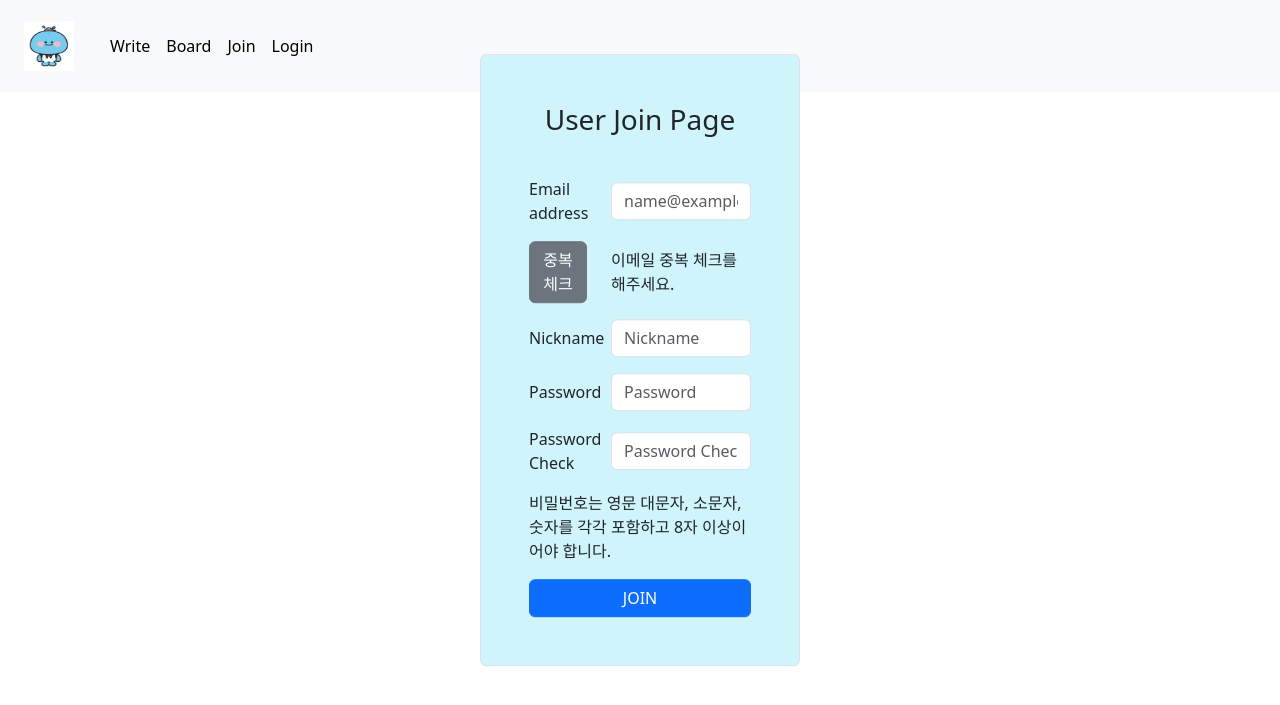
Repository: LeeYouHyeon/6.Spring
Page: http://localhost/spring_project/WEB-INF/views/user/register.jsp
The author's editor kept a copy of each file at every save. The page is drawn from the files as they stood at one save, then again after the next save.
The browser window is 1280 px wide. The pictures show the whole page.
The page is served by Tomcat 9. Nobody is signed in. Other server files are loaded and not shown. The template is opened directly, without the code that normally fills it, so the values that code supplies are empty.

Above is the page before, as saved 2025-06-11 02:35:32.
Console error: TypeError: Cannot read properties of null (reading 'addEventListener')

### spring_project/src/main/webapp/WEB-INF/views/user/register.jsp
<%@ page language="java" contentType="text/html; charset=UTF-8" pageEncoding="UTF-8"%>
<%@ include file="../layout/header.jsp"%>
<%@ taglib uri="http://java.sun.com/jsp/jstl/core" prefix="c"%>

<div class="w-25 position-absolute top-50 start-50 translate-middle p-5 border rounded bg-info-subtle">
	<form action="/user/register" method="post">
		<h3 class="text-center">User Join Page</h3>
		<div class="mt-4 mb-3 row align-items-center">
			<div class="col-12 text-center" id="feedback">

			</div>
		</div>
		<div class="mb-3 row align-items-center">
			<div class="col-4">Email address</div>
			<div class="col-8">
				<input type="text"
					class="form-control"
					id="email"
					name="email"
					placeholder="name@example.com"
					required>
			</div>
		</div>
		<div class="mb-3 row align-items-center">
			<div class="col-4">
				<button type="button" id="emailCheckBtn" class="btn btn-secondary">중복 체크</button>
			</div>
			<div class="col-8" id="emailCheckStmt">이메일 중복 체크를 해주세요.</div>
		</div>

		<div class="mb-3 row align-items-center">
			<div class="col-4">Nickname</div>
			<div class="col-8">
				<input type="text"
					class="form-control"
					id="nickName"
					name="nickName"
					placeholder="Nickname"
					required>
			</div>
		</div>

		<div class="mb-3 row align-items-center">
			<div class="col-4">Password</div>
			<div class="col-8">
				<input type="password"
					class="form-control"
					id="pwd"
					name="pwd"
					placeholder="Password">
			</div>
		</div>
		<div class="mb-3 row align-items-center">
			<div class="col-4" id="pwdCheckArea">Password Check</div>
			<div class="col-8">
				<input type="password"
					class="form-control"
					id="pwdCheck"
					placeholder="Password Check">
			</div>
		</div>
		<div class="mb-3">비밀번호는 영문 대문자, 소문자, 숫자를 각각 포함하고 8자 이상이어야 합니다.</div>
		<button type="button" class="btn btn-primary w-100" id="joinBtn">JOIN</button>
	</form>

	<script type="text/javascript" src="/resources/js/userRegister.js"></script>
</div>

<%@ include file="../layout/footer.jsp"%>

### spring_project/src/main/webapp/WEB-INF/views/layout/header.jsp
<%@ page language="java" contentType="text/html; charset=UTF-8" pageEncoding="UTF-8"%>
<%@ taglib uri="http://java.sun.com/jsp/jstl/core" prefix="c" %>
<%@ taglib uri="http://www.springframework.org/security/tags" prefix="sec" %>
<!DOCTYPE html>
<html>
<head>
<meta charset="UTF-8">
<title>Spring Project</title>
<link rel="stylesheet" href="/resources/dist/css/bootstrap.min.css">
<script type="text/javascript" src="/resources/dist/js/bootstrap.bundle.min.js"></script>
</head>
<body>
	<nav class="navbar navbar-expand-lg bg-body-tertiary">
		<div class="container-fluid">
			<nav class="navbar bg-body-tertiary">
				<div class="container">
					<a class="navbar-brand" href="/">
						<img src="/resources/image/logo.jpg" alt="Bootstrap" width="50" height="50">
					</a>
				</div>
			</nav>
			<button class="navbar-toggler"
				type="button"
				data-bs-toggle="collapse"
				data-bs-target="#navbarSupportedContent"
				aria-controls="navbarSupportedContent"
				aria-expanded="false"
				aria-label="Toggle navigation">
				<span class="navbar-toggler-icon"></span>
			</button>
			<div class="collapse navbar-collapse" id="navbarSupportedContent">
				<ul class="navbar-nav me-auto mb-2 mb-lg-0">
					<li class="nav-item">
						<a class="nav-link active" aria-current="page" href="/board/register">Write</a>
					</li>
					<li class="nav-item">
						<a class="nav-link active" aria-current="page" href="/board/list">Board</a>
					</li>
					<sec:authorize access="isAnonymous()">
						<li class="nav-item">
							<a class="nav-link active" aria-current="page" href="/user/register">Join</a>
						</li>
						<li class="nav-item">
							<a class="nav-link active" aria-current="page" href="/user/login">Login</a>
						</li>
					</sec:authorize>
					<sec:authorize access="isAuthenticated()">
						<!-- 인증객체가 만들어진 상태(로그인) -->
						<!-- 인증 객체를 가져오기 => 현재 로그인 정보 : property="principal" -->
						<sec:authentication property="principal" var="pri"/>
						<li class="nav-item">
							<form action="/user/logout" method="post" id="logoutForm">
								<a class="nav-link active" aria-current="page" id="logoutLink">Logout</a>
							</form>
						</li>
						<li class="nav-item">
							<a class="nav-link active" aria-current="page" href="/user/info">UserInfo</a>
						</li>
						<c:if test="${pri.uvo.authList.stream().anyMatch(a -> a.auth.equals('ROLE_ADMIN')).get()}">
						<li class="nav-item">
							<a class="nav-link active" aria-current="page" href="/user/list">UserList</a>
						</li>
						</c:if>
					</sec:authorize>
				</ul>
			</div>
		</div>
	</nav>

	<script type="text/javascript">
		document.getElementById('logoutLink').addEventListener('click', e => {
			  e.preventDefault();
			  document.getElementById('logoutForm').submit();
		});
	</script>

### spring_project/src/main/webapp/WEB-INF/views/layout/footer.jsp
<%@ page language="java" contentType="text/html; charset=UTF-8"
	pageEncoding="UTF-8"%>

<div class="text-center">2025 Spring Project... by 이유현</div>
</body>
</html>

### spring_project/src/main/webapp/resources/js/userRegister.js
/**
 *
 */

const [email, nickName, pwd, pwdCheck, emailArea, feedback, joinBtn, pwdCheckArea] = [
  "email", "nickName", "pwd", "pwdCheck", "emailCheckStmt", "feedback", "joinBtn", "pwdCheckArea"
].map(e => document.getElementById(e));

// 이메일 중복 체크(비동기)
let emailResult = undefined;
email.onchange = setEmailUndefined;
document.getElementById('emailCheckBtn').addEventListener('click', () => {
  const emailValue = email.value;
  if (emailResult != undefined || emailValue == '') return;

  isRegistered(emailValue).then(result => {
    if (result == '0') setEmailSuccess();
    else setEmailFail();
  }).catch(console.log);
});

async function isRegistered(emailValue) {
  try {
    const response = await fetch(`/user/check/${emailValue}`);
    const result = await response.text();
    return result;
  } catch (error) {
    console.log(error);
  }
}

function setEmailUndefined() {
  emailResult = undefined;
  emailArea.innerText = '이메일 중복 체크를 해주세요.';
  emailArea.style.color = 'black';
}
function setEmailSuccess() {
  emailResult = true;
  emailArea.innerText = '사용 가능한 이메일입니다.';
  emailArea.style.color = 'green';
}
function setEmailFail() {
  emailResult = false;
  emailArea.innerText = '사용중인 이메일입니다.';
  emailArea.style.color = 'red';
}

// 비밀번호 확인
let pwdResult = 0;
pwd.onchange = passCheck;
pwdCheck.onchange = passCheck;
function passCheck() {
  const [pwdInput, pwdCheckInput] = [pwd, pwdCheck].map(e => e.value);

  if (pwdInput == '' && pwdCheckInput == '') {
    pwdResult = 0;
    pwdCheckArea.innerText = 'Password Required';
  } else if (pwdInput.length < 8 || !/[a-z]/.test(pwdInput) || !/[A-Z]/.test(pwdInput) || !/[0-9]/.test(pwdInput)) {
    pwdResult = 1;
    pwdCheckArea.innerText = 'Invalid Password';
  } else if (pwdInput != pwdCheckInput) {
    pwdResult = 1;
    pwdCheckArea.innerText = 'Password Match Failed';
  } else {
    pwdResult = 2;
    pwdCheckArea.innerText = 'Valid';
  }

  pwdCheckArea.style.color = ['black', 'red', 'green'][pwdResult];
}

// 최종 제출
joinBtn.onclick = () => {

  if (emailResult != true) email.focus();
  else if (pwdResult < 2) pwd.focus();
  else if (nickName.value == '') nickName.focus();
  else document.getElementById('registerForm').submit();
}

Loaded but not shown: spring_project/src/main/webapp/resources/dist/css/bootstrap.min.css (library); spring_project/src/main/webapp/resources/dist/js/bootstrap.bundle.min.js (library)

After the next save:
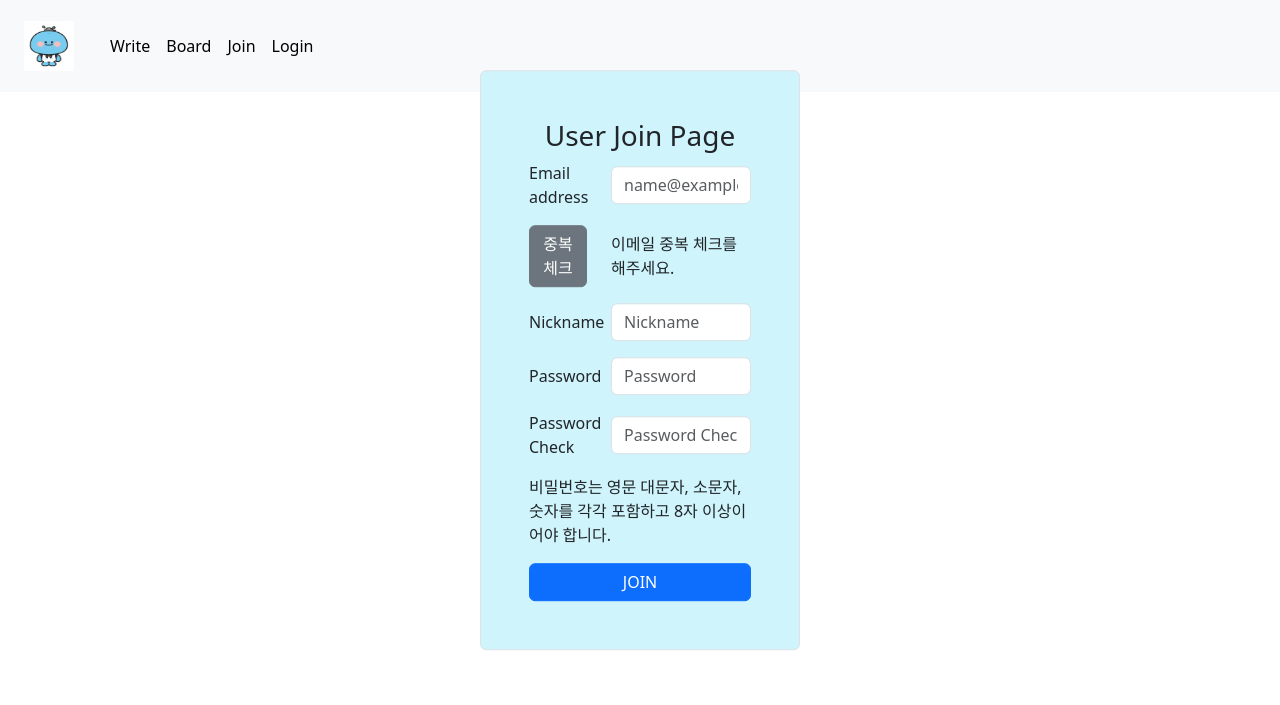
Saved 7 s later.
--- a/spring_project/src/main/webapp/WEB-INF/views/user/register.jsp
+++ b/spring_project/src/main/webapp/WEB-INF/views/user/register.jsp
@@ -5,11 +5,6 @@
 <div class="w-25 position-absolute top-50 start-50 translate-middle p-5 border rounded bg-info-subtle">
 	<form action="/user/register" method="post">
 		<h3 class="text-center">User Join Page</h3>
-		<div class="mt-4 mb-3 row align-items-center">
-			<div class="col-12 text-center" id="feedback">
-
-			</div>
-		</div>
 		<div class="mb-3 row align-items-center">
 			<div class="col-4">Email address</div>
 			<div class="col-8">
